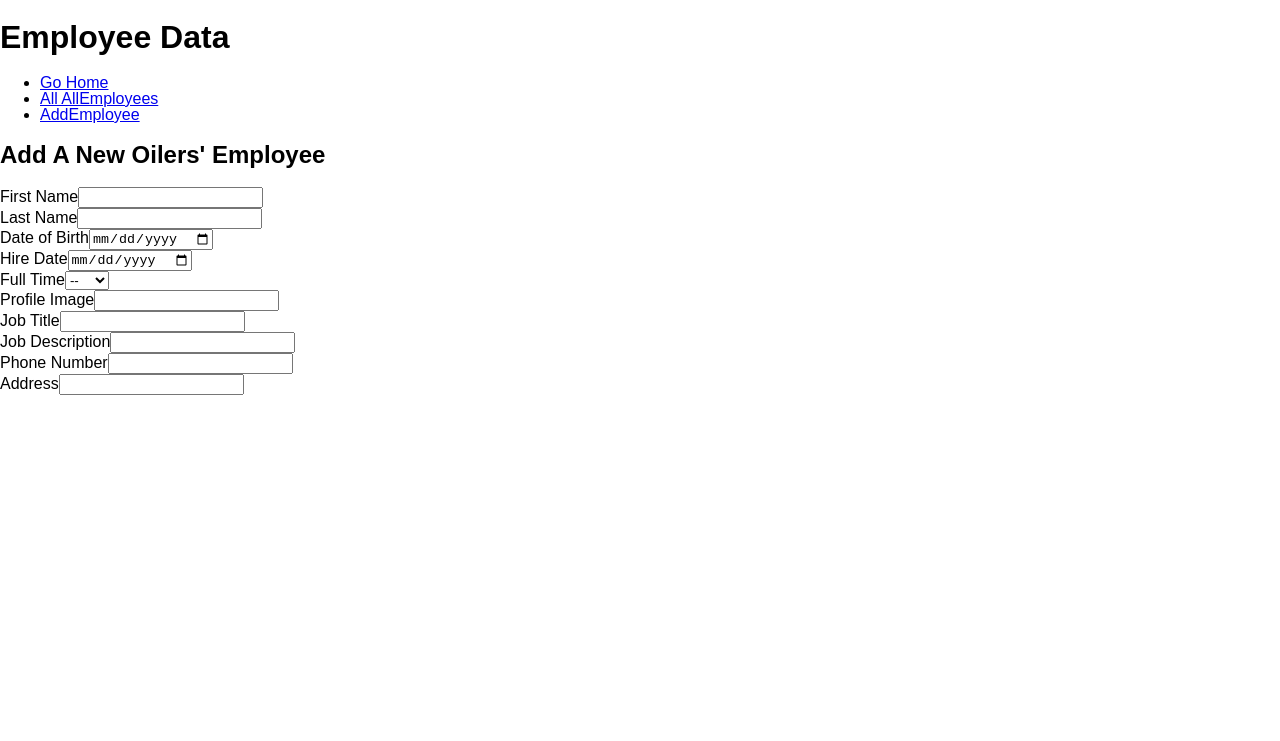
Repository: rh1456/employee-directory
Page: /2
An editor plug-in stored every save of this project. The page is shown before and after the next save, followed by the edit.
The browser window is 1280 px wide. The pictures show the whole page.
The project was rebuilt for these pictures with package versions that can differ from the ones it lists, and the page was loaded fresh each time. Also part of the build but not shown: src/components/HelloWorld.jsx, src/pages/HomePage.jsx, src/pages/NotFound.jsx, src/pages/AllEmployees.jsx.

Above is the page before, as saved 2019-12-07 13:55:14.

### public/index.html
<!DOCTYPE html>
<html lang="en">
  <head>
    <meta charset="utf-8">
    <link rel="shortcut icon" href="%PUBLIC_URL%/favicon.ico">
    <meta name="viewport" content="width=device-width, initial-scale=1, shrink-to-fit=no">
    <meta name="theme-color" content="#000000">
    <!--
      manifest.json provides metadata used when your web app is added to the
      homescreen on Android. See https://developers.google.com/web/fundamentals/web-app-manifest/
    -->
    <link rel="manifest" href="%PUBLIC_URL%/manifest.json">
    <!--
      Notice the use of %PUBLIC_URL% in the tags above.
      It will be replaced with the URL of the `public` folder during the build.
      Only files inside the `public` folder can be referenced from the HTML.

      Unlike "/favicon.ico" or "favicon.ico", "%PUBLIC_URL%/favicon.ico" will
      work correctly both with client-side routing and a non-root public URL.
      Learn how to configure a non-root public URL by running `npm run build`.
    -->
    <title>Employee Directory</title>
  </head>
  <body>
    <noscript>
      You need to enable JavaScript to run this app.
    </noscript>
    <div id="root"></div>
    <!--
      This HTML file is a template.
      If you open it directly in the browser, you will see an empty page.

      You can add webfonts, meta tags, or analytics to this file.
      The build step will place the bundled scripts into the <body> tag.

      To begin the development, run `npm start` or `yarn start`.
      To create a production bundle, use `npm run build` or `yarn build`.
    -->
  </body>
</html>

### src/App.jsx
import React from 'react'
import { BrowserRouter as Router, Link, Route, Switch } from 'react-router-dom'
// import AllEmployees from './pages/AllEmployees'
import AddEmployee from './pages/AddEmployee'
import HomePage from './pages/HomePage'
import NotFound from './pages/NotFound'
import AllEmployees from './pages/AllEmployees'

const App = () => {
  return (
    <Router>
      <header>
        <h1>Employee Data</h1>
        <nav>
          <ul>
            <li>
              <Link to="/">Go Home</Link>
            </li>
            <li>
              <Link to="/1">All AllEmployees</Link>
            </li>
            <li>
              <Link to="/2">AddEmployee</Link>
            </li>
          </ul>
        </nav>
      </header>
      <Switch>
        <Route exact path="/" component={HomePage}></Route>
        <Route exact path="/1" component={AllEmployees}></Route>
        <Route exact path="/2" component={AddEmployee}></Route>
        <Route path="*" component={NotFound}></Route>
      </Switch>
    </Router>
  )
}

export default App

### src/pages/AddEmployee.jsx
import React, { useState } from 'react'
import { Redirect } from 'react-router-dom'
import axios from 'axios'

const AddEmployee = () => {
  const [resetForm, setResetForm] = useState('')
  const [firstName, setFirstName] = useState('')
  const [lastName, setLastName] = useState('')
  const [birthday, setBirthday] = useState('')
  const [hireDate, setHireDate] = useState('')
  const [isFullTime, setIsFullTime] = useState('')
  const [profileImage, setProfileImage] = useState('')
  const [jobTitle, setJobTitle] = useState('')
  const [jobDescription, setJobDescription] = useState('')
  const [phoneNumber, setPhoneNumber] = useState('')
  const [address, setAdress] = useState('')
  const [city, setCity] = useState('')
  const [state, setState] = useState('')
  const [zip, setZip] = useState('')
  const [email, setEmail] = useState('')
  const [emergencyContactPerson, setEmergencyContactPerson] = useState('')
  const [emergencyContactPhone, setEmergencyContactPhone] = useState('')
  const [emergencyContactAddress, setEmergencyContactAddress] = useState('')
  const [ptoHours, setPtoHours] = useState('')

  const submitForm = async event => {
    event.preventDefault()
    const resp = await axios.post(
      'https://sdg-staff-directory-app.herokuapp.com/api/oilers/Employees',

      {
        firstName: firstName,
        lastName: lastName,
        birthday: birthday,
        hireDate: hireDate,
        isFullTime: isFullTime,
        profileImage: profileImage,
        jobTitle: jobTitle,
        jobDescription: jobDescription,
        phoneNumber: phoneNumber,
        address: address,
        city: city,
        state: state,
        zip: zip,
        email: email,
        emergencyContactPerson: emergencyContactPerson,
        emergencyContactPhone: emergencyContactPhone,
        emergencyContactAddress: setEmergencyContactAddress,
        ptoHours,
        ptoHours,
      }
    )
  }
  return (
    <>
      <main>
        <h2> Add A New Oilers' Employee</h2>
        <form onSubmit={submitForm}>
          <section>
            <section className="employeeLabel">
              <label htmlFor="firstName">First Name</label>
              <input
                onChange={e => {
                  setFirstName(e.target.value)
                }}
                value={firstName}
                type="text"
              />
            </section>
            <section className="employeeLabel">
              <label htmlFor="lastName">Last Name</label>
              <input
                onChange={e => {
                  setLastName(e.target.value)
                }}
                value={lastName}
                type="text"
              />
            </section>
            <section className="employeeLabel">
              <label htmlFor="birthday">Date of Birth</label>
              <input
                className="dateData"
                onChange={e => {
                  setBirthday(e.target.value)
                }}
                type="date"
                value={birthday}
              />
            </section>
            <section className="employeeLabel">
              <label htmlFor="hireDate">Hire Date</label>
              <input
                className="dateData"
                onChange={e => {
                  setHireDate(e.target.value)
                }}
                type="date"
                value={hireDate}
              />
            </section>
            <section className="employeeLabel">
              <label htmlFor="fullTime">Full Time</label>
              <select
                onChange={e => {
                  setIsFullTime(e.target.value)
                }}
                type="text"
                value={isFullTime}
              >
                <option value="">--</option>
                <option value="true">Yes</option>
                <option value="false">No</option>
              </select>
            </section>
            <section className="employeeLabel">
              <label htmlFor="profileImage">Profile Image</label>
              <input
                onChange={e => {
                  setProfileImage(e.target.value)
                }}
                type="url"
                value={profileImage}
              />
            </section>
            <section className="employeeLabel">
              <label htmlFor="jobTitle">Job Title</label>
              <input
                onChange={e => {
                  setJobTitle(e.target.value)
                }}
                type="text"
                value={jobTitle}
              />
            </section>
            <section className="employeeLabel">
              <label htmlFor="jobDescription">Job Description</label>
              <input
                onChange={e => {
                  setJobDescription(e.target.value)
                }}
                type="text"
                value={jobDescription}
              />
            </section>
            <section className="employeeLabel">
              <label htmlFor="phone">Phone Number</label>
              <input
                onChange={e => {
                  setPhoneNumber(e.target.value)
                }}
                type="text"
                value={phoneNumber}
              />
            </section>
            <section className="employeeLabel">
              <label htmlFor="address">Address</label>
              <input
                onChange={e => {
                  setAdress(e.target.value)
                }}
                type="text"
                value={address}
              />
            </section>
          </section>
        </form>
      </main>
    </>
  )
}

export default AddEmployee

Loaded but not shown: src/index.js (common file); src/index.css (common file)

After the next save:
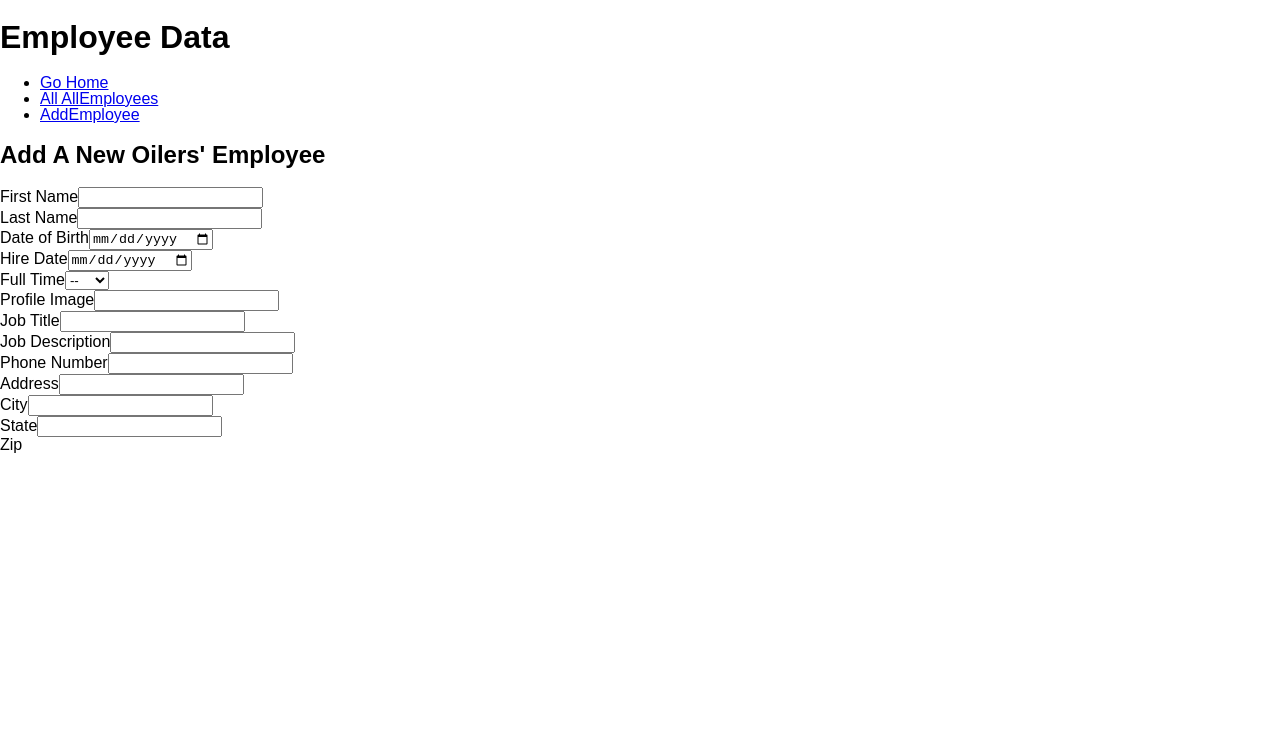
Saved 66 min 37 s later.
--- a/src/pages/AddEmployee.jsx
+++ b/src/pages/AddEmployee.jsx
@@ -163,6 +163,29 @@
                 value={address}
               />
             </section>
+            <section className="employeeLabel">
+              <label htmlFor="city">City</label>
+              <input
+                onChange={e => {
+                  setCity(e.target.value)
+                }}
+                type="text"
+                value={city}
+              />
+            </section>
+            <section className="employeelabel">
+              <label htmlFor="state">State</label>
+              <input
+                onChange={e => {
+                  setState(e.target.value)
+                }}
+                type="text"
+                value={state}
+              />
+            </section>
+            <section className="employeeLabel">
+              <label htmlFor="zip">Zip</label>
+            </section>
           </section>
         </form>
       </main>
